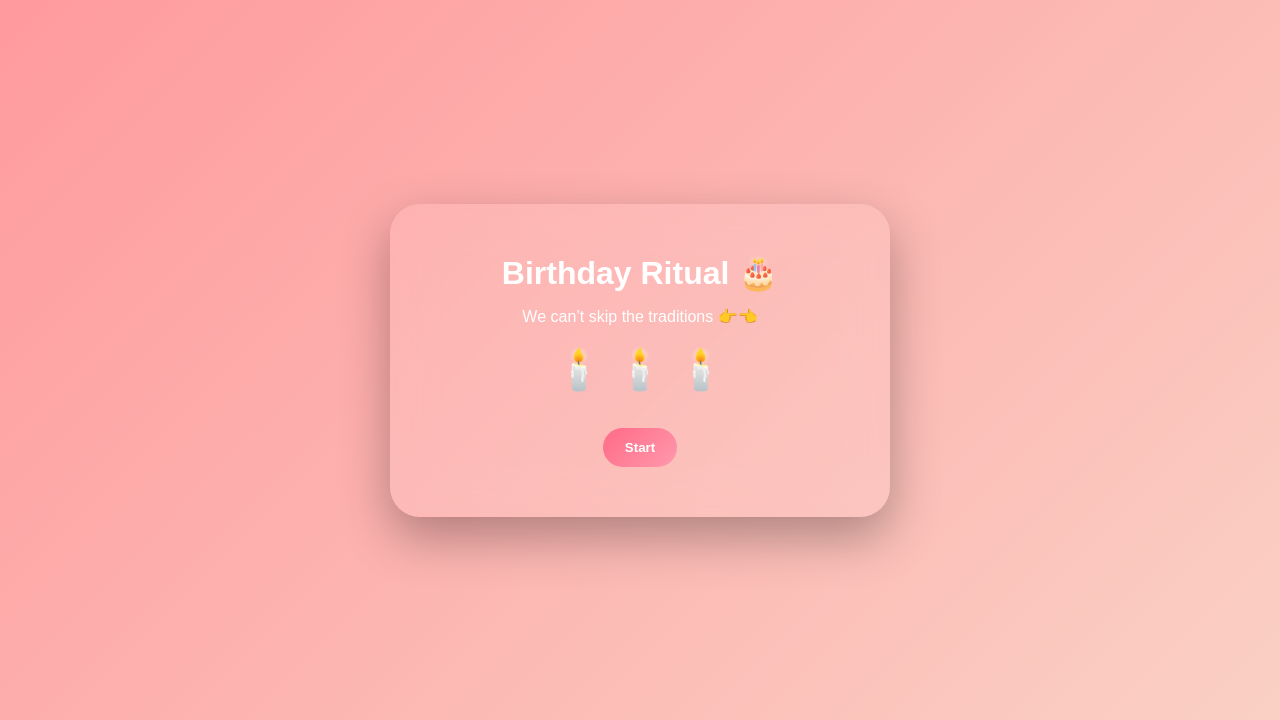
Repository: Drakaarys/muhehe
Page: cake.html
An editor plug-in stored every save of this project. The page is shown before and after the next save, followed by the edit.
The browser window is 1280 px wide. The pictures show the whole page.

Above is the page before, as saved 2026-02-23 19:28:50.

After the next save:
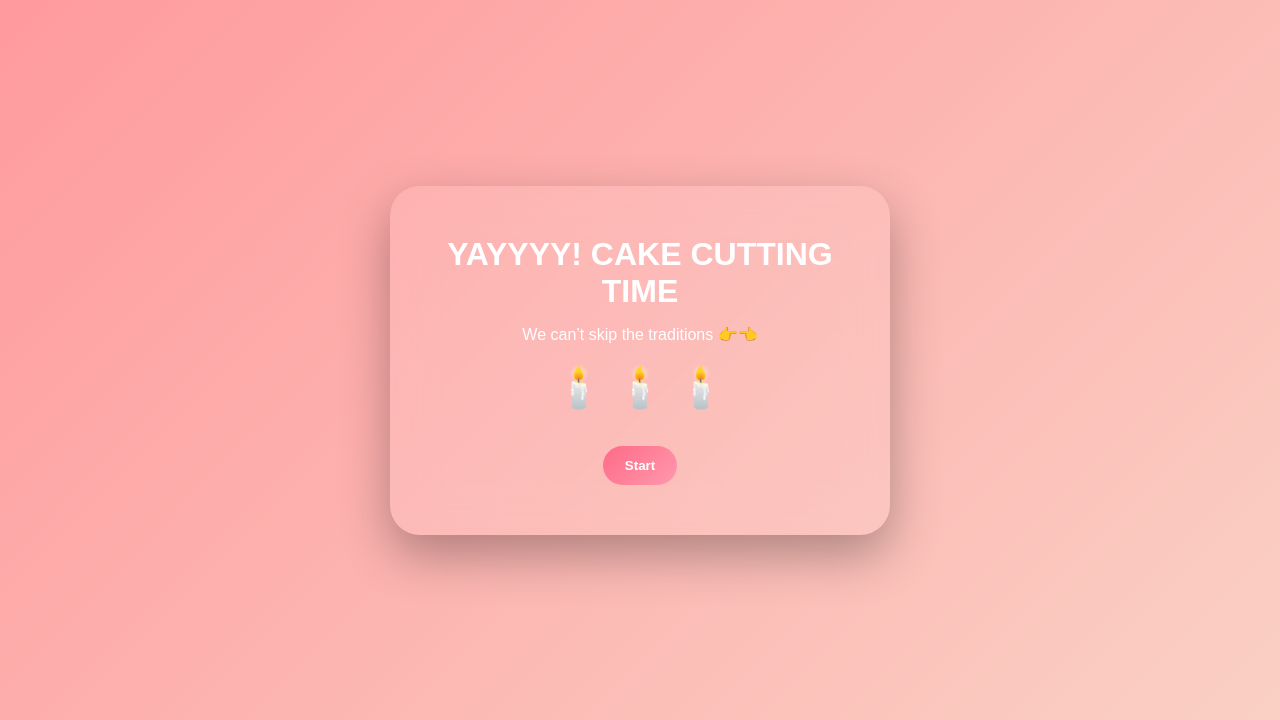
Saved 94 s later.
--- a/cake.html
+++ b/cake.html
@@ -84,7 +84,7 @@ animation:fall 3s linear forwards;
 
 <div class="container">
 
-<h1 id="title">Birthday Ritual 🎂</h1>
+<h1 id="title">YAYYYY! CAKE CUTTING TIME</h1>
 <p id="subtitle">We can’t skip the traditions 👉👈</p>
 
 <div class="candles" id="candles">🕯️ 🕯️ 🕯️</div>
